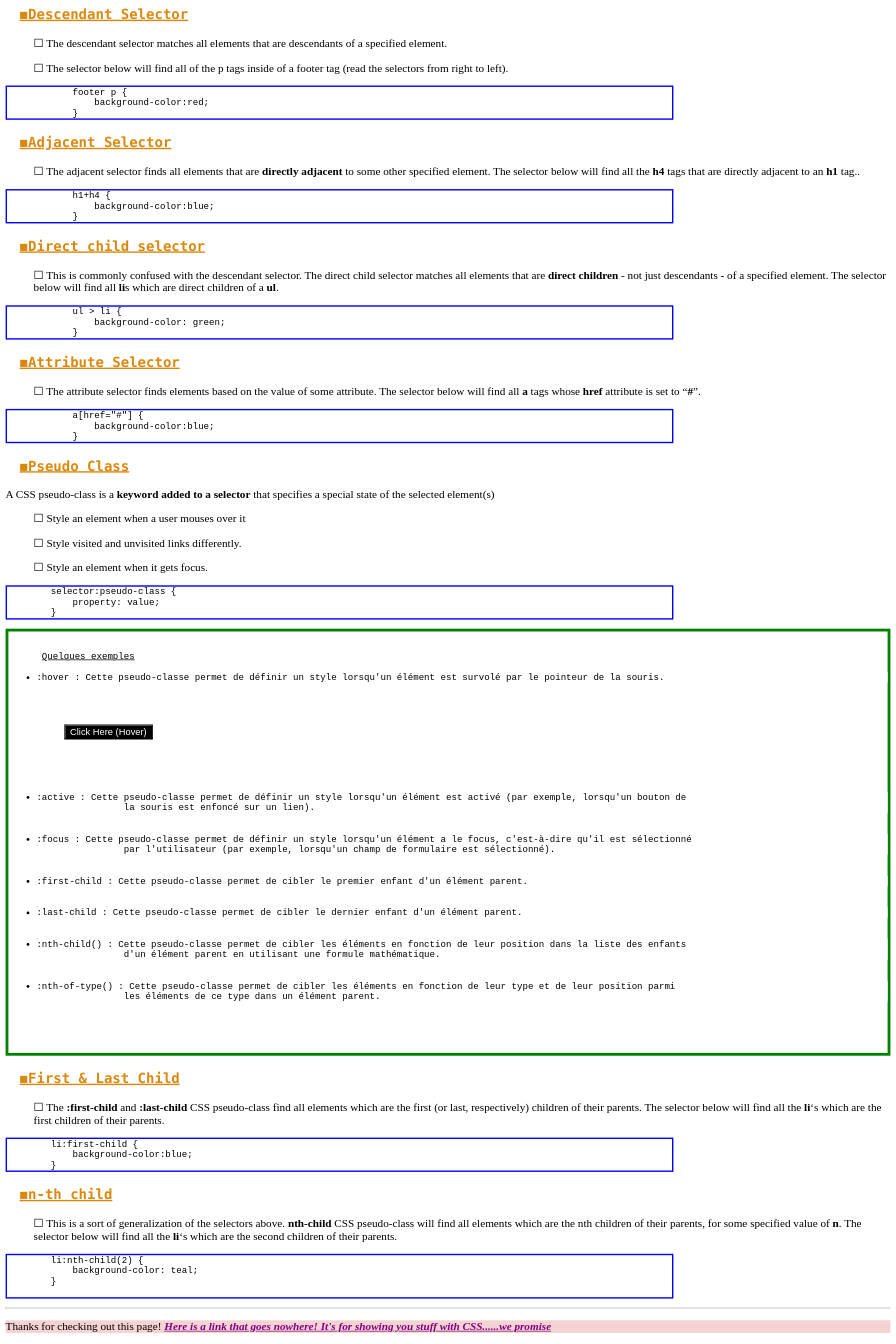
Repository: AnnaSpirit/Tests__
Page: CSS/Useful_Selectors.html
An editor plug-in stored every save of this project. The page is shown before and after the next save, followed by the edit.
The browser window is 1280 px wide. The pictures show the part of the page from y = 733 to 2653 px (the page is 2653 px tall before and 2638 px after), at 70% of full size.

Above is the page before, as saved 2024-04-03 18:52:18.

After the next save:
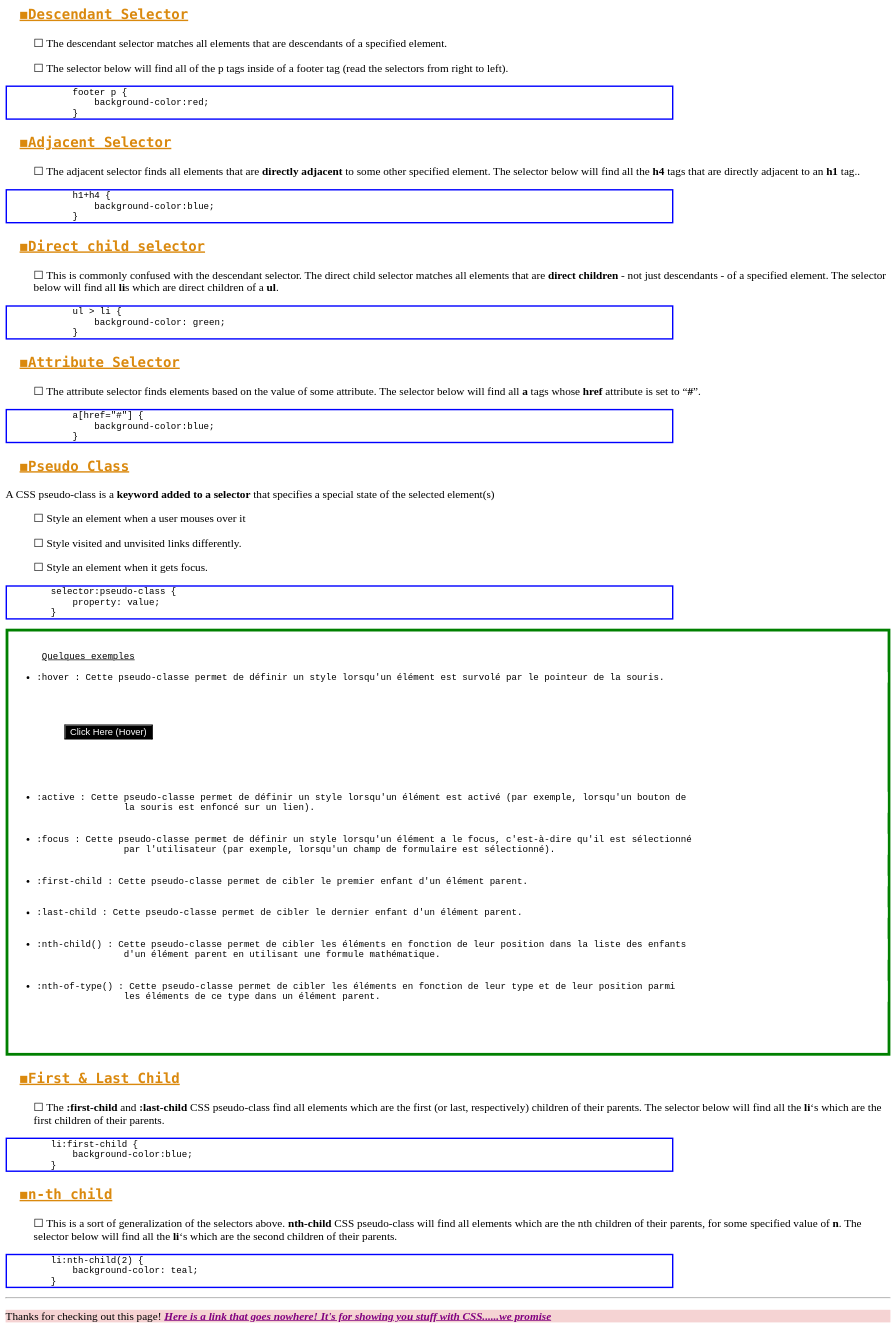
Saved 8 s later.
--- a/CSS/Useful_Selectors.html
+++ b/CSS/Useful_Selectors.html
@@ -151,8 +151,7 @@
         <pre style="border: 2px solid blue; margin-right: 310px">
         li:nth-child(2) {
             background-color: teal;
-        } <!-- Le saut de ligne apparait dans Firefox... -->
-    </pre>
+        } <!-- Le saut de ligne apparait dans Firefox... -->     </pre>
     </span>
     </section>
     <hr>

After the save that followed:
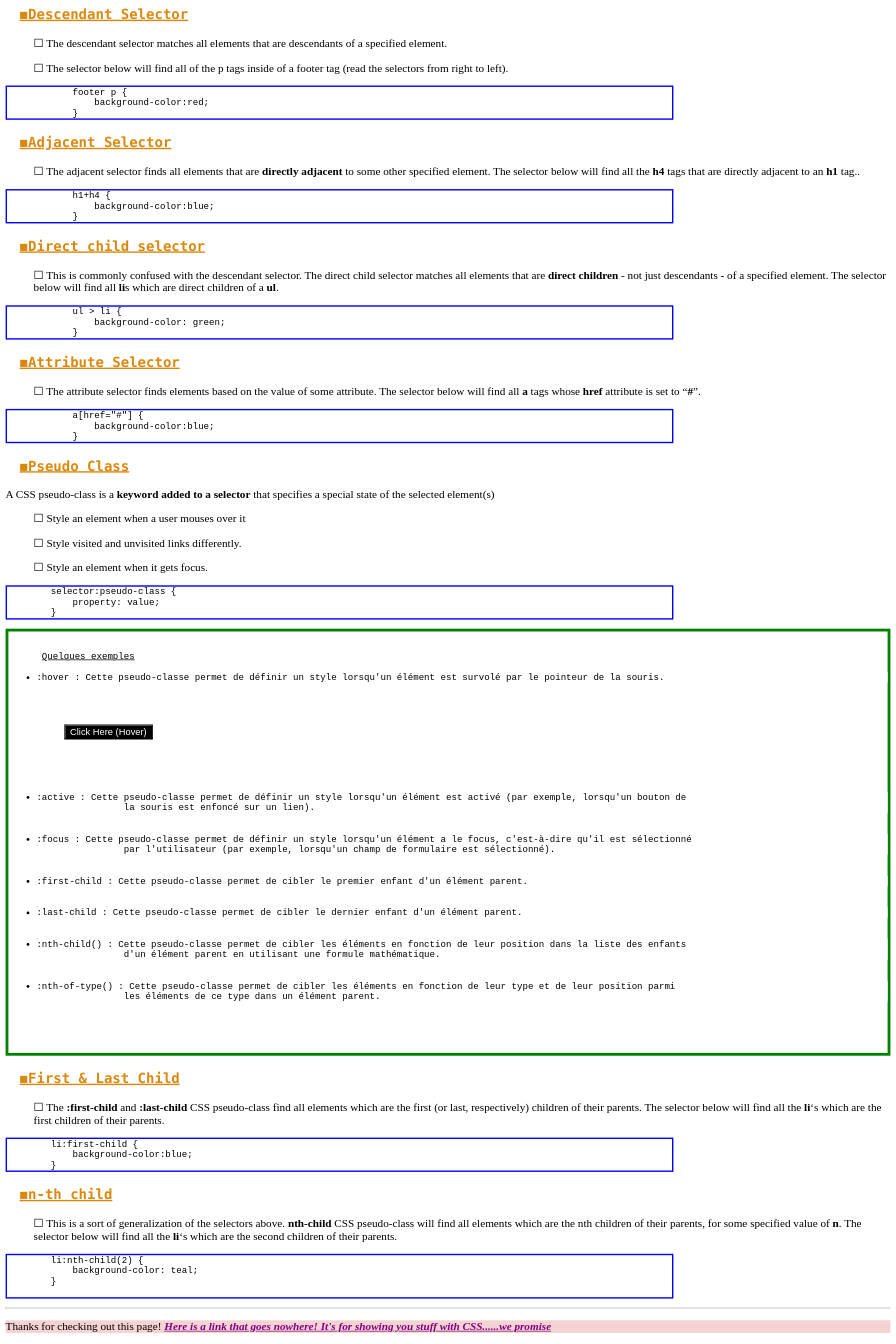
Saved 8 s later.
--- a/CSS/Useful_Selectors.html
+++ b/CSS/Useful_Selectors.html
@@ -151,7 +151,8 @@
         <pre style="border: 2px solid blue; margin-right: 310px">
         li:nth-child(2) {
             background-color: teal;
-        } <!-- Le saut de ligne apparait dans Firefox... -->     </pre>
+        } <!-- Le saut de ligne apparait dans Firefox... -->
+    </pre>
     </span>
     </section>
     <hr>
